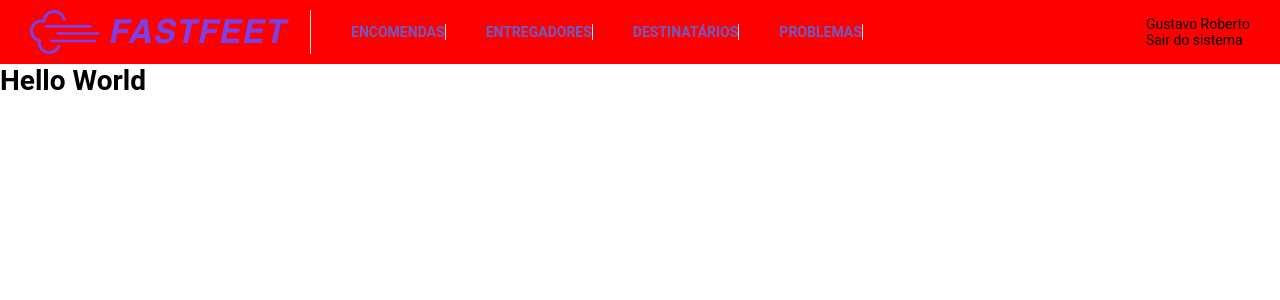
Repository: guuhx97/fastfeet
Page: / (app in frontend/)
These files come from the project's save history. The page is drawn as it stood at one moment and after the next save; the edit follows.
The browser window is 1280 px wide. The pictures show the whole page.
The project was rebuilt for these pictures with package versions that can differ from the ones it lists, and the page was loaded fresh each time.

Above is the page before, as saved 2020-06-26 15:11:45.

After the next save:
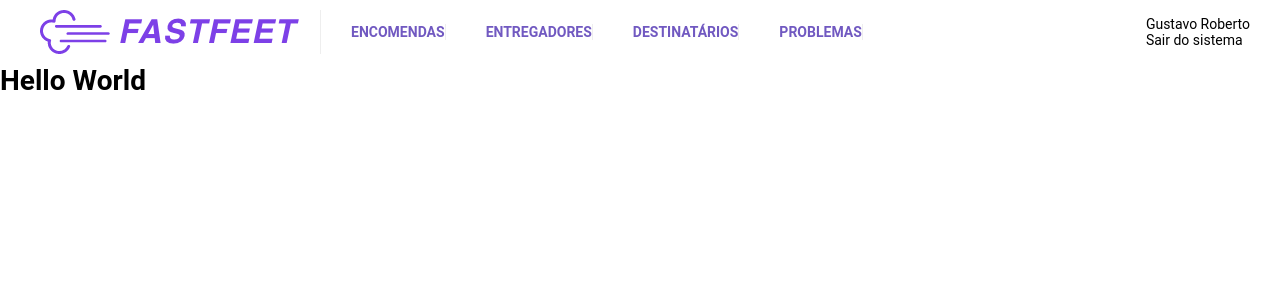
Saved 48 s later.
--- a/frontend/src/components/Header/styles.js
+++ b/frontend/src/components/Header/styles.js
@@ -1,7 +1,7 @@
 import styled from 'styled-components';
 
 export const Container = styled.div`
-  background: red;
+  background: #fff;
   padding: 0 30px;
 `;
 
@@ -18,7 +18,8 @@ export const Content = styled.div`
     align-items: center;
 
     img {
-    margin-right: 20px;
+    margin-right: 10px;
+    margin-left: 10px;
     padding-right: 20px;
     border-right: 1px solid #eee;
     }
